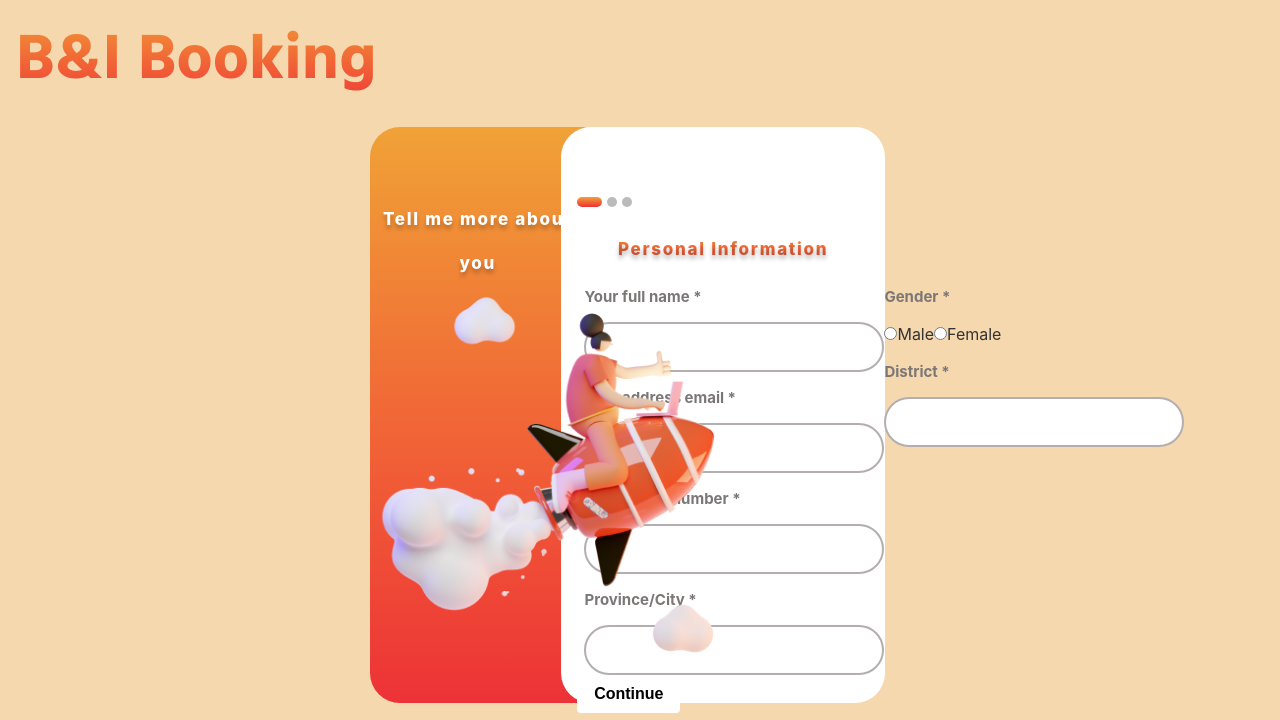
Repository: Grand-Line-PNV/FE-BIBooking
Page: /
The author's editor kept a copy of each file at every save. The page is drawn from the files as they stood at one save, then again after a run of saves.
The browser window is 1280 px wide. The pictures show the whole page.
The project was rebuilt for these pictures with package versions that can differ from the ones it lists, and the page was loaded fresh each time. Also part of the build but not shown: src/App.css.

Above is the page before, as saved 2023-02-06 10:54:30.

After the next 2 saves:
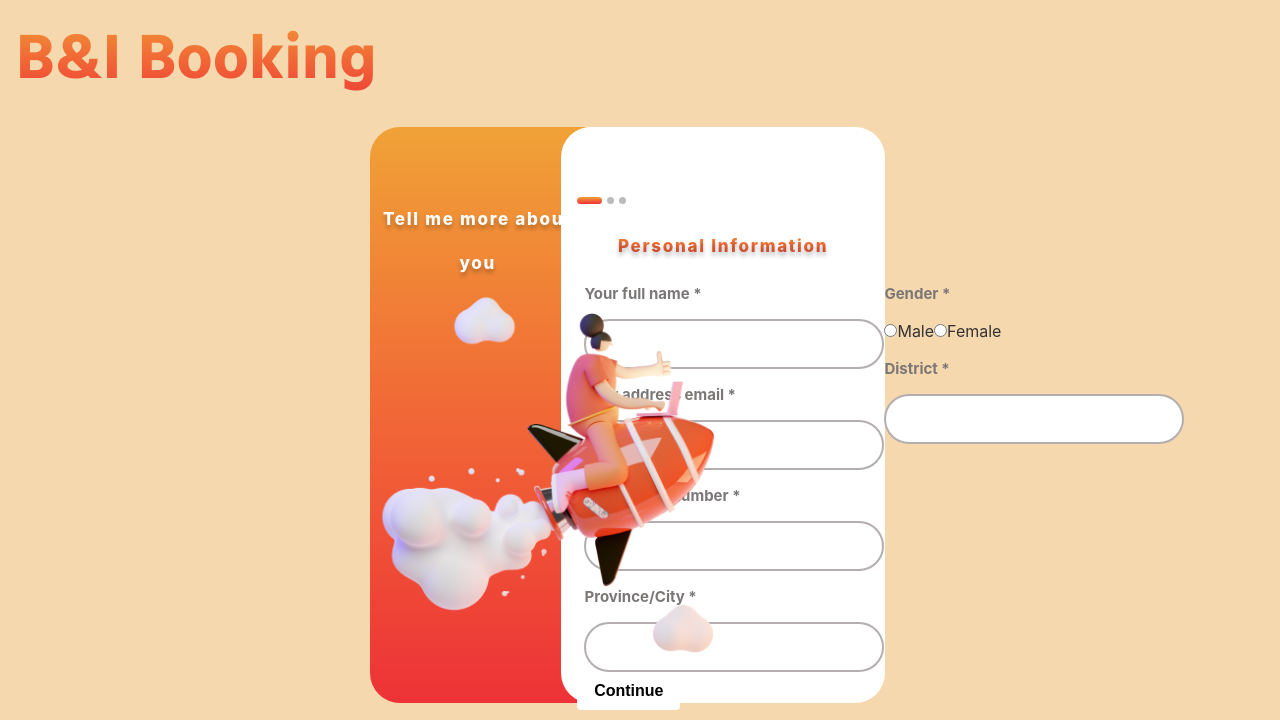
The 2 saves are shown as one change because they came seconds apart.
The last was saved 21 s later.
--- a/src/view/pages/Influencers/PersonalInformation/PersonalInformation.module.scss
+++ b/src/view/pages/Influencers/PersonalInformation/PersonalInformation.module.scss
@@ -68,8 +68,8 @@
             display: flex;
             gap: 5px;
             & .dot {
-              height: 10px;
-              width: 10px;
+              height: 7px;
+              width: 7px;
               background-color: #bbb;
               border-radius: 100rem;
             }
